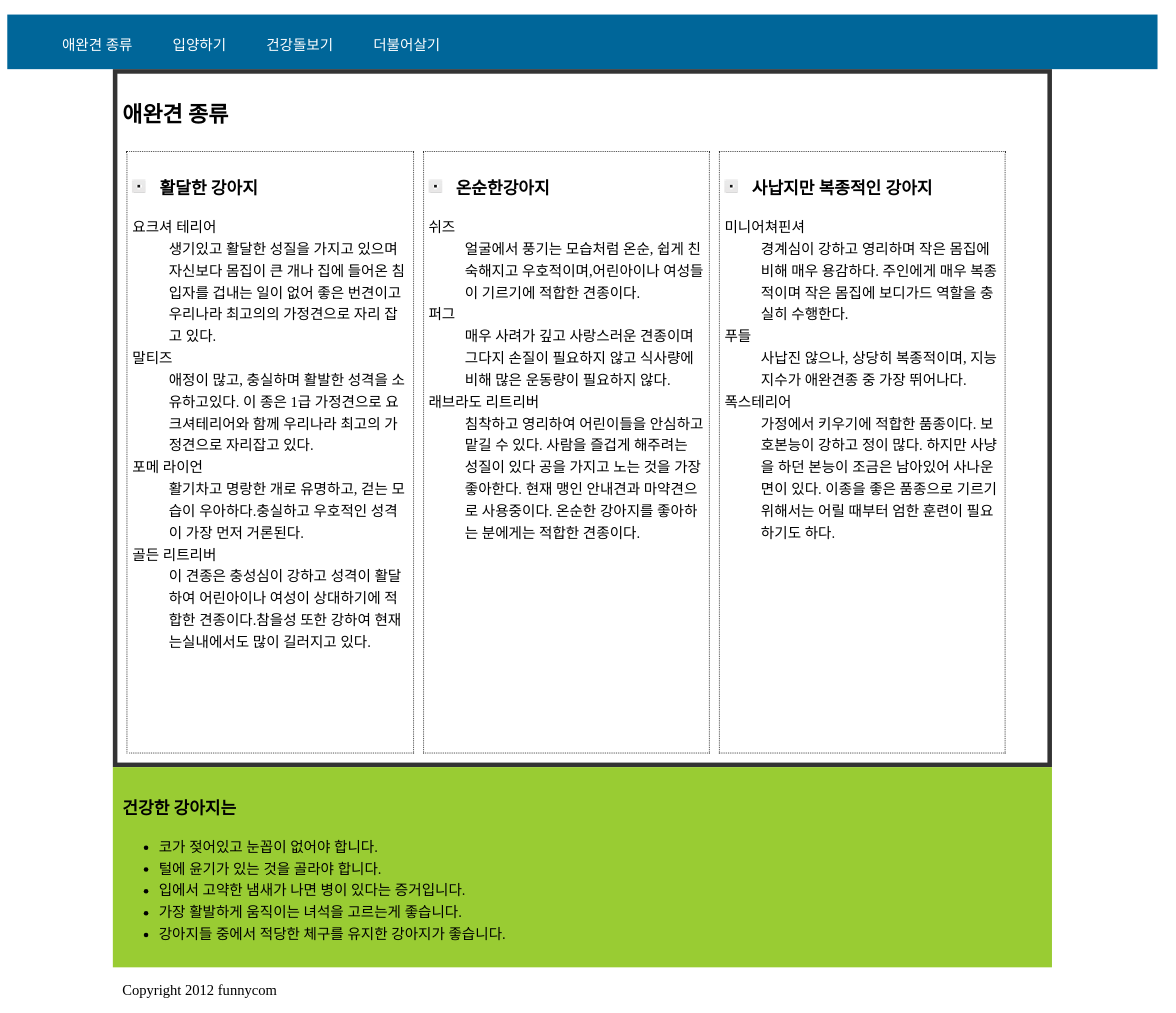
Repository: woosungtae/html_css
Page: pro01/public/10-do.html
These files come from the project's save history. The page is drawn as it stood at one moment and after the next save; the edit follows.
The browser window is 1280 px wide. The page is 1280 px wide, then 1292 px, so the pictures cover 1292 px, including what lies to the right of the window. The pictures show the whole page, at 91% of full size.

Above is the page before, as saved 2022-12-07 08:12:42.

After the next save:
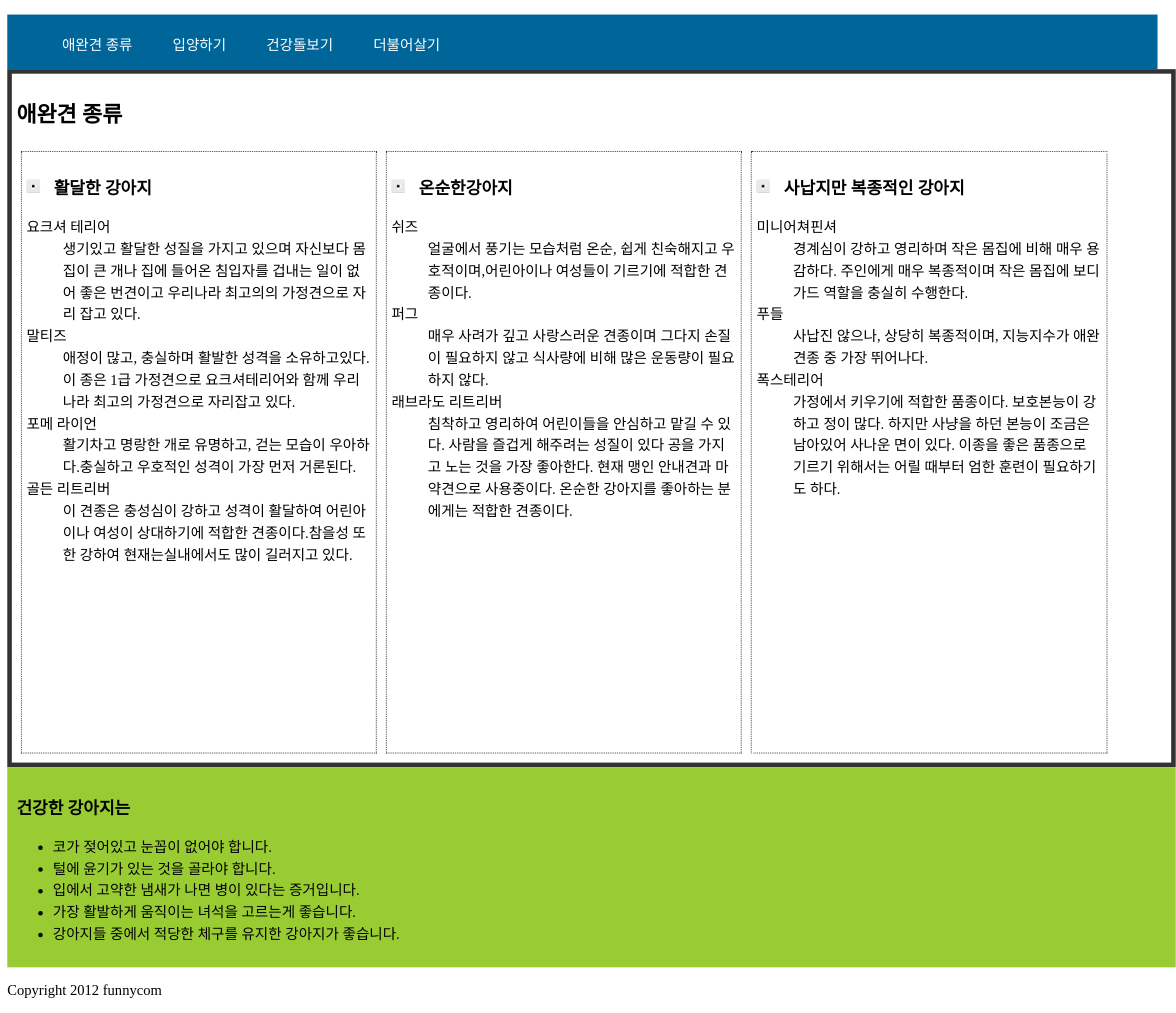
Saved 30 s later.
--- a/pro01/public/css/style4.css
+++ b/pro01/public/css/style4.css
@@ -17,7 +17,7 @@ nav ul li a {
 	text-decoration:none;
 }
 article{
-	width:80%;
+	width:100%;
 	margin-right: auto;
 	margin-left:auto;
 	border:5px solid #333;
@@ -39,14 +39,14 @@ section h3{
 aside{
 	clear:both;
 	margin:0 auto;
-	width:80%;
+	width:100%;
 	height:auto;
 	padding:10px;
 	background-color:#99cc33
 }
 footer{
 	clear:both;
-	width:80%;
+	width:100%;
 	margin-right:auto;
 	margin-left:auto;
 	margin-top:0;
